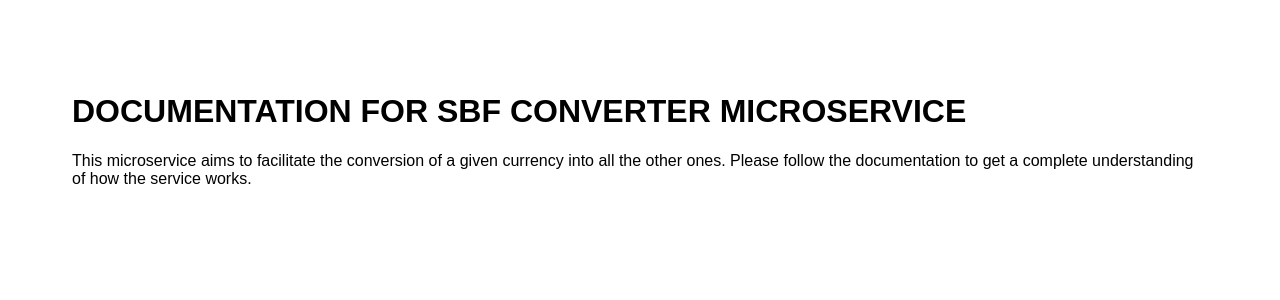
Repository: miguelamello/nestjs-restful-api
Page: documentation.html
These files come from the project's save history. The page is drawn as it stood at one moment and after a run of saves; the edit follows.
The browser window is 1280 px wide. The pictures show the whole page.

Above is the page before, as saved 2023-03-21 21:49:47.

After the next 2 saves:
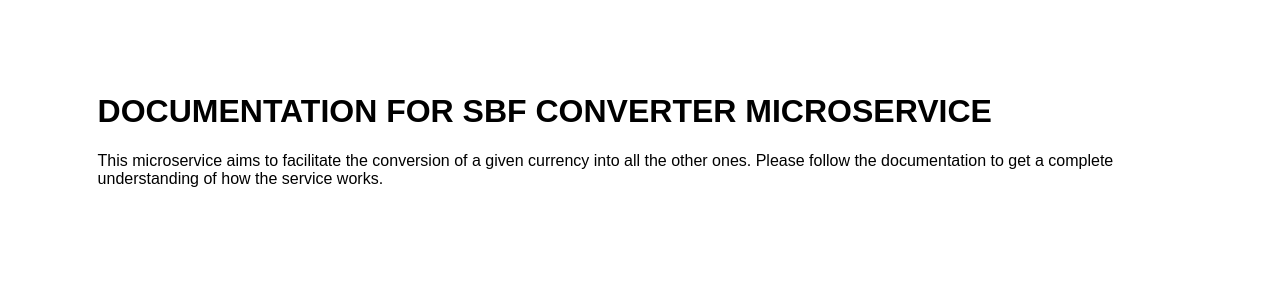
The 2 saves are shown as one change because they came seconds apart.
The last was saved 11 s later.
--- a/documentation.html
+++ b/documentation.html
@@ -8,7 +8,7 @@
   <style>
     body {
       font-family: Arial, Helvetica, sans-serif;
-      padding: 5%;
+      padding: 5% 7%;
     }
   </style>
 </head>
